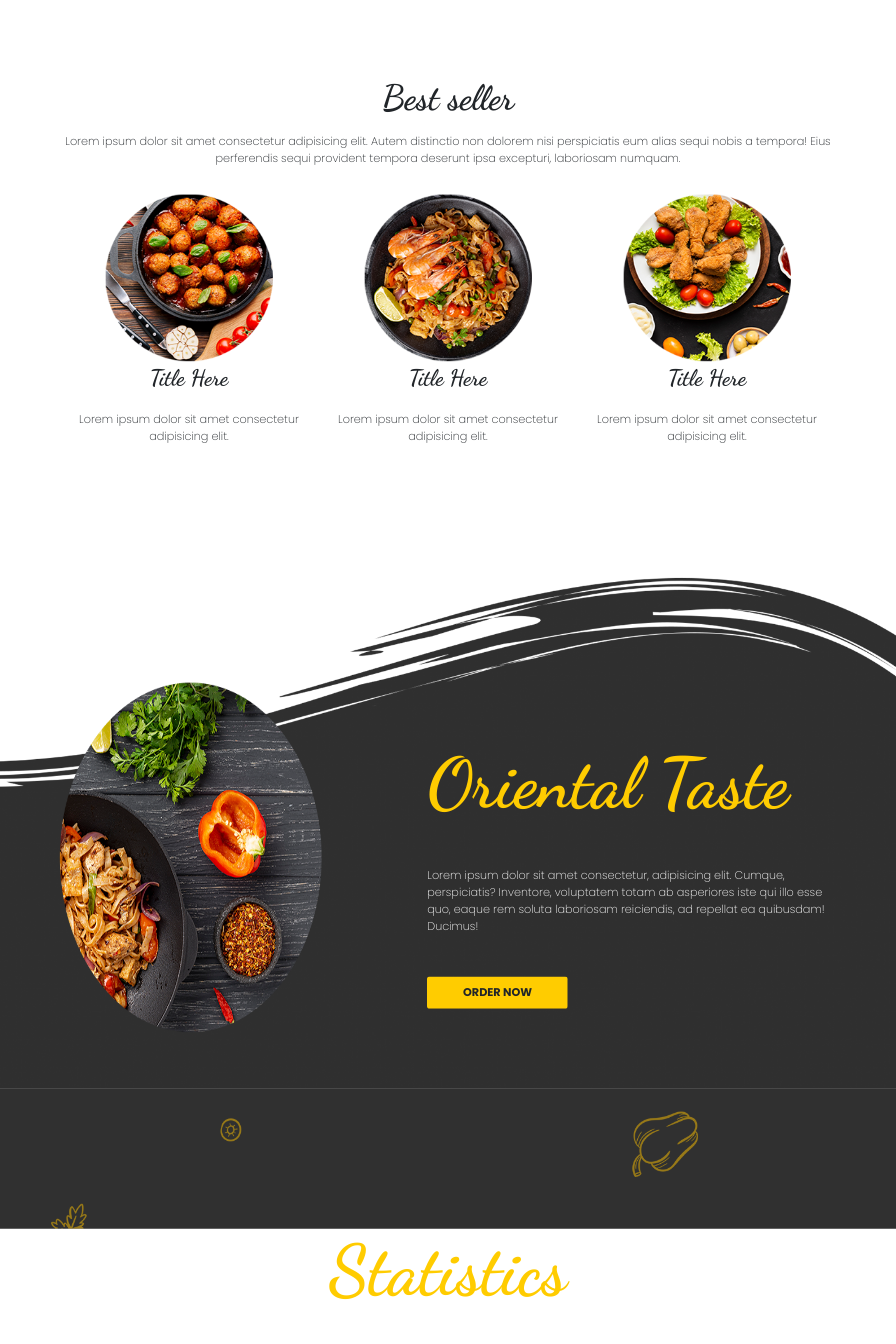
Repository: iphoneboy46/templateRestaurent
Page: index.html
An editor plug-in stored every save of this project. The page is shown before and after the next save, followed by the edit.
The browser window is 1280 px wide. The pictures show the part of the page from y = 1030 to 2950 px (the page is 7200 px tall), at 70% of full size.

Above is the page before, as saved 2022-10-12 16:50:49.

After the next save:
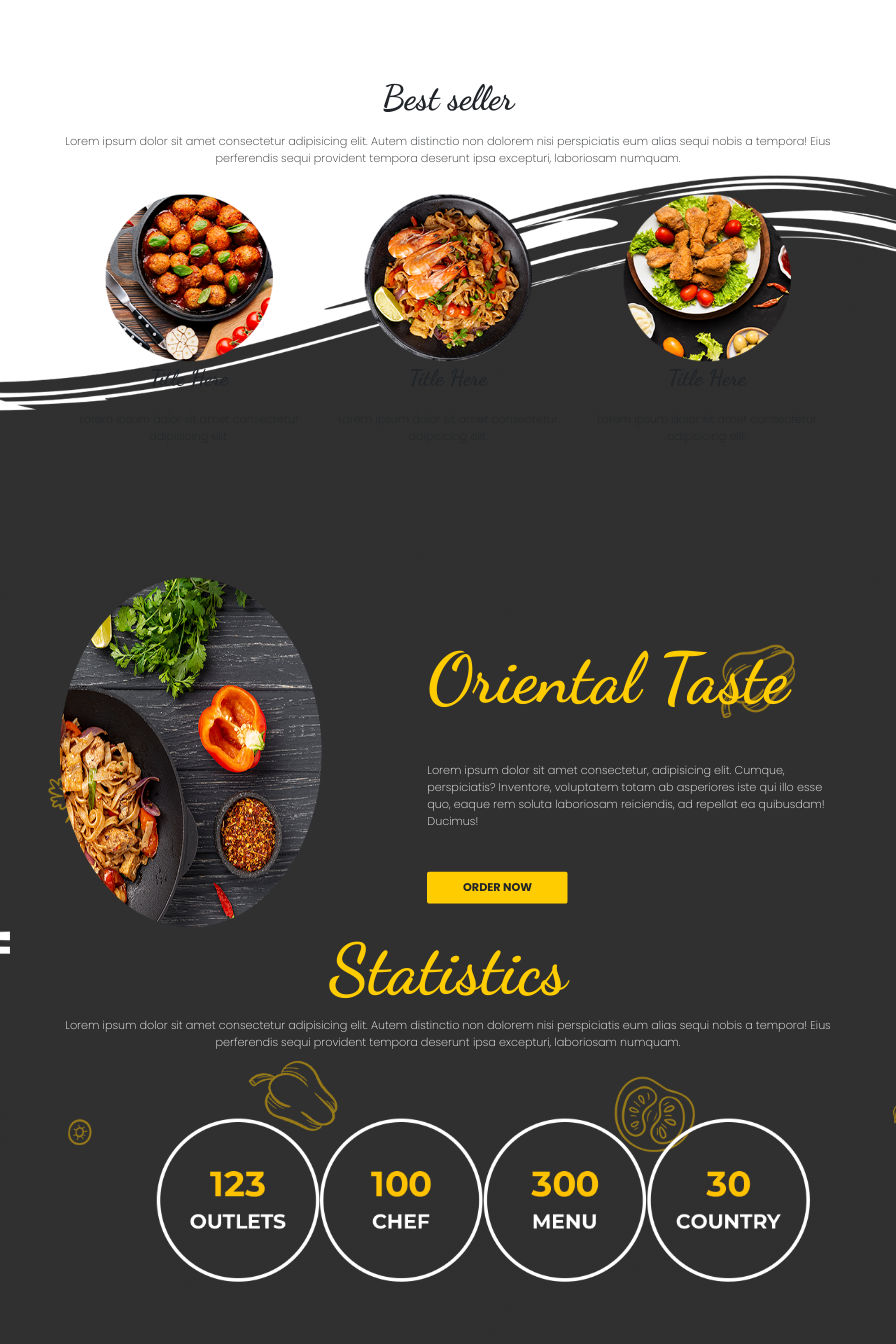
Saved 18 min 57 s later.
--- a/style.css
+++ b/style.css
@@ -86,6 +86,7 @@ body{
 }
 
 .section {
+    background-image: url(images/section.png);
     margin-top: 140px;
 }
 
@@ -120,15 +121,6 @@ body{
     margin-top: 5px;
     font-family: 'Dancing Script', sans-serif;
     font-weight: bolder;
-}
-
-.section__Oriental {
-    margin-top: 150px;
-    background-image: url(images/Design3.png);
-    width: 100%;
-    background-repeat: no-repeat;
-    background-size: 100%;
-    padding-bottom: 80px;
 }
 
 .section__Oriental--content {
@@ -174,16 +166,7 @@ body{
     padding: 10px 50px;
 }
 
-.section__Statistics{
-    background-image: url(images/Design2.png);
-    background-color: #303030;
-    background-repeat: no-repeat;
-    background-size: 100%;
-    padding-top: 200px;
-    width: 100%;
-    height: 150px;
-    z-index: 10;
-}
+
 
 .section__Statistics--title h1{
     color: #ffcc00;
@@ -206,11 +189,3 @@ body{
     align-items: center;
     margin-top: 97px;
 }
-
-.section__Chicken{
-    background-image: url(images/Design4.png);
-    width: 100%;
-    background-repeat: no-repeat;
-    background-size: 100%;
-    height: 100%;
-}
